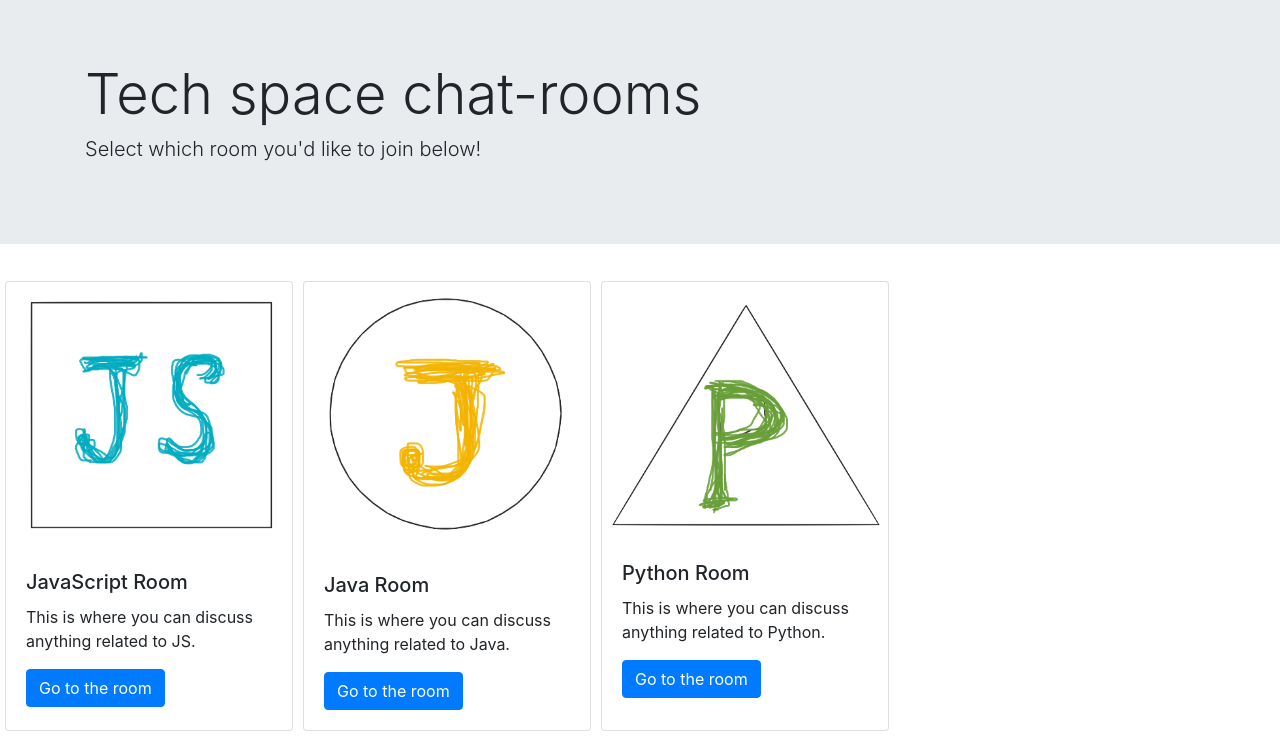
Repository: K-TT/ChatRoom
Page: public/index.html
These files come from the project's save history. The page is drawn as it stood at one moment and after the next save; the edit follows.
The browser window is 1280 px wide. The pictures show the whole page.
Some web libraries are served in a nearby version.

Above is the page before, as saved 2022-02-20 17:19:45.

After the next save:
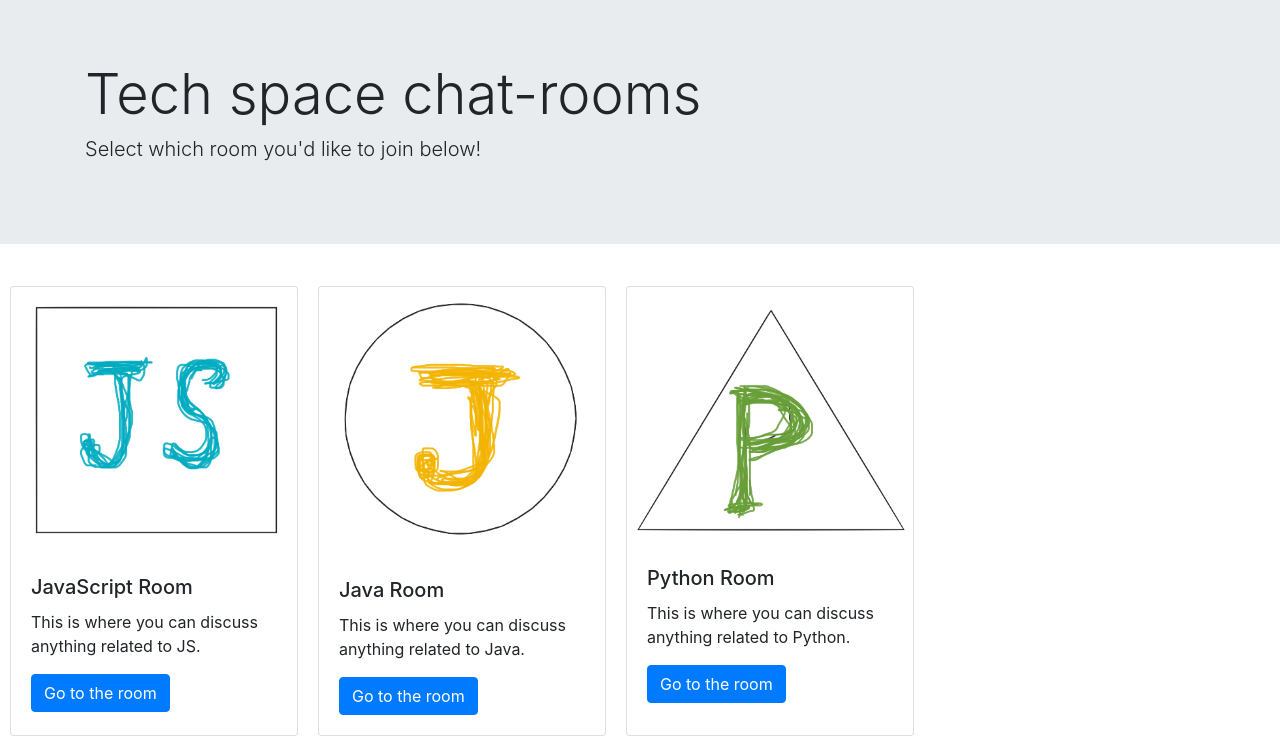
Saved 28 s later.
--- a/public/index.html
+++ b/public/index.html
@@ -17,7 +17,7 @@
         </div>
     </div>
     <div class="container-fluid row">
-        <div class="card" style="width: 18rem; margin: 5px;">
+        <div class="card" style="width: 18rem; margin: 10px;">
             <img src="./images/javascript.png" class="card-img-top" alt="javascript">
             <div class="card-body">
                 <h5 class="card-title">JavaScript Room</h5>
@@ -25,7 +25,7 @@
                 <a href="/javascript" class="btn btn-primary">Go to the room</a>
             </div>
         </div>
-        <div class="card" style="width: 18rem; margin: 5px;">
+        <div class="card" style="width: 18rem; margin: 10px;">
             <img src="./images/java.png" class="card-img-top" alt="java">
             <div class="card-body">
                 <h5 class="card-title">Java Room</h5>
@@ -33,7 +33,7 @@
                 <a href="/java" class="btn btn-primary">Go to the room</a>
             </div>
         </div>
-        <div class="card" style="width: 18rem; margin: 5px;">
+        <div class="card" style="width: 18rem; margin: 10px;">
             <img src="./images/python.png" class="card-img-top" alt="python">
             <div class="card-body">
                 <h5 class="card-title">Python Room</h5>
